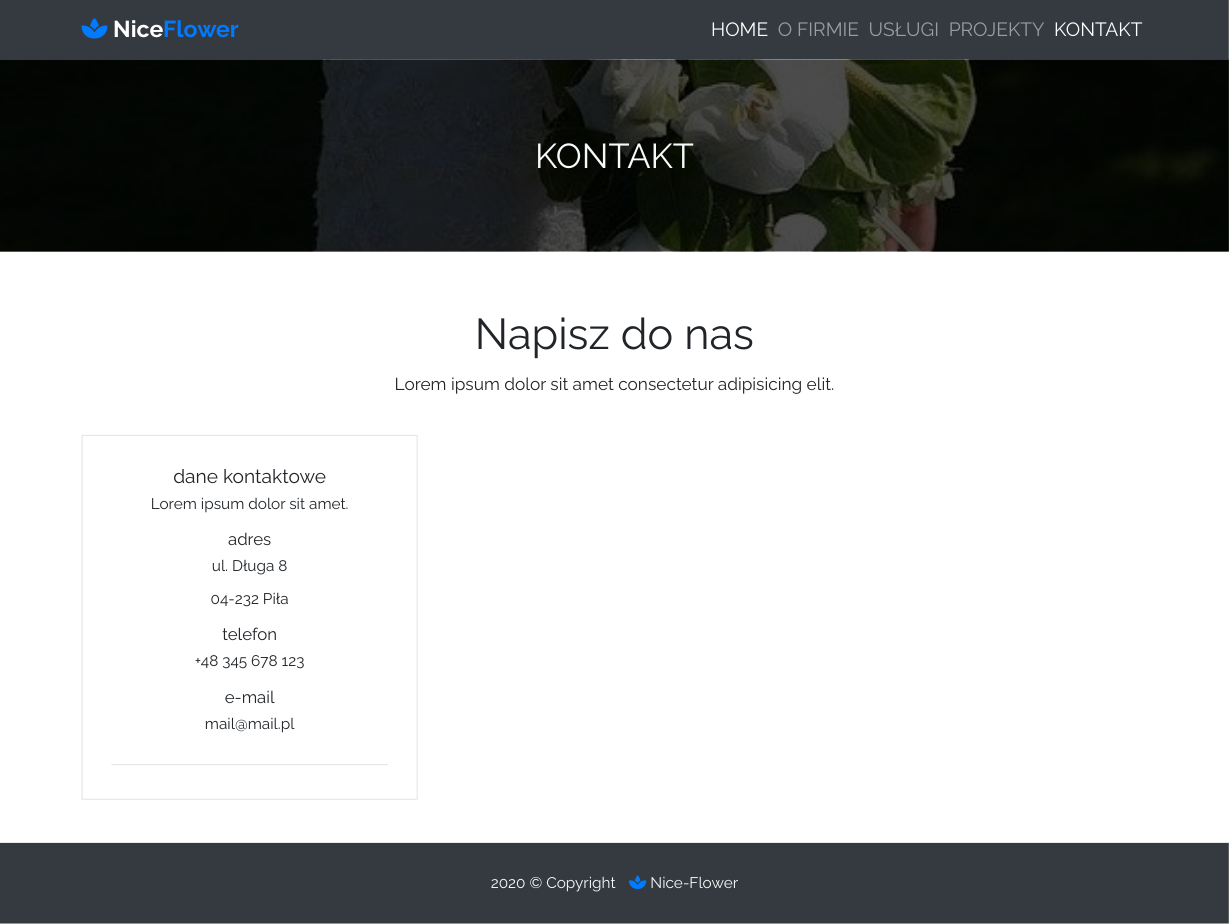
Repository: KrzysKolo/Projekt-13_Kwiaciarnia
Page: contact.html
An editor plug-in stored every save of this project. The page is shown before and after the next save, followed by the edit.
The browser window is 1280 px wide. The pictures show the whole page, at 96% of full size.
Some web libraries are served in a nearby version.

Above is the page before, as saved 2020-08-11 13:06:24.

### contact.html
<!DOCTYPE html>
<html lang="pl">
  <head>
    <meta charset="UTF-8" />
    <meta name="viewport" content="width=device-width, initial-scale=1.0" />
    <title>Nice-Flower</title>
    <script
      src="https://kit.fontawesome.com/21efeaf281.js"
      crossorigin="anonymous"
    ></script>

    <link
      rel="stylesheet"
      href="https://stackpath.bootstrapcdn.com/bootstrap/4.5.0/css/bootstrap.min.css"
      integrity="sha384-9aIt2nRpC12Uk9gS9baDl411NQApFmC26EwAOH8WgZl5MYYxFfc+NcPb1dKGj7Sk"
      crossorigin="anonymous"
    />
    <link
      href="https://fonts.googleapis.com/css2?family=Raleway:wght@400;700&display=swap"
      rel="stylesheet"
    />
    <link rel="stylesheet" href="style.css" />
  </head>
  <body>
    <nav class="navbar navbar-expand-lg navbar-dark bg-dark py-3">
      <div class="container">
        <a class="navbar-brand" href="index.html"
          ><i class="fas fa-spa text-primary"></i> Nice<span
            class="text-primary"
            >Flower</span
          ></a
        >
        <button
          class="navbar-toggler border-0"
          type="button"
          data-toggle="collapse"
          data-target="#navbarNavAltMarkup"
          aria-controls="navbarNavAltMarkup"
          aria-expanded="false"
          aria-label="Toggle navigation"
        >
          <i class="fas fa-bars px-4"></i>
        </button>
        <div class="collapse navbar-collapse" id="navbarNavAltMarkup">
          <div class="navbar-nav ml-auto">
            <a class="nav-link active" href="index.html">Home </a>
            <a class="nav-link" href="abouteus.html">O firmie</a>
            <a class="nav-link" href="services.html"> Usługi</a>
            <a class="nav-link" href="projects.html">Projekty</a>
            <a class="nav-link active" href="#"
              ><span class="sr-only">(current)</span>Kontakt</a
            >
          </div>
        </div>
      </div>
    </nav>

    <!-- MAIN -->
    <main>
      <section class="top-hero contact-hero">
        <div class="hero-shadow"></div>
        <p class="top-hero-text text-light">Kontakt</p>
      </section>
      <section class="contact py-5">
        <div class="container">
          <div class="text-center py-5">
            <p class="display-3">Napisz do nas</p>
            <p class="additional-text">
              Lorem ipsum dolor sit amet consectetur adipisicing elit.
            </p>
          </div>

          <div class="row">
            <div class="col-md-5 col-lg-4">
              <div class="border p-5 mb-4 text-center">
                <h2>dane kontaktowe</h2>
                <p>Lorem ipsum dolor sit amet.</p>
                <h3 class="mt-4">adres</h3>
                <p>ul. Długa 8</p>
                <p>04-232 Piła</p>
                <h3 class="mt-4">telefon</h3>
                <p>+48 345 678 123</p>
                <h3 class="mt-4">e-mail</h3>
                <p>mail@mail.pl</p>
                <div class="contact-logo mt-5 pt-4 mb-n3 border-top"></div>
              </div>
            </div>
            <div class="col-md-7 col-lg-8"></div>
          </div>
        </div>
      </section>
    </main>
    <footer class="bg-dark text-light">
      <p class="py-5 px-3 mb-0 text-center">
        2020 &copy; Copyright
        <i class="ml-3 fas fa-spa text-primary"></i> Nice-Flower
      </p>
    </footer>
    <script
      src="https://code.jquery.com/jquery-3.5.1.slim.min.js"
      integrity="sha384-DfXdz2htPH0lsSSs5nCTpuj/zy4C+OGpamoFVy38MVBnE+IbbVYUew+OrCXaRkfj"
      crossorigin="anonymous"
    ></script>
    <script
      src="https://cdn.jsdelivr.net/npm/popper.js@1.16.0/dist/umd/popper.min.js"
      integrity="sha384-Q6E9RHvbIyZFJoft+2mJbHaEWldlvI9IOYy5n3zV9zzTtmI3UksdQRVvoxMfooAo"
      crossorigin="anonymous"
    ></script>
    <script
      src="https://stackpath.bootstrapcdn.com/bootstrap/4.5.0/js/bootstrap.min.js"
      integrity="sha384-OgVRvuATP1z7JjHLkuOU7Xw704+h835Lr+6QL9UvYjZE3Ipu6Tp75j7Bh/kR0JKI"
      crossorigin="anonymous"
    ></script>
  </body>
</html>

### style.css
* {
  box-sizing: border-box;
  margin: 0;
  padding: 0;
}
html {
  font-size: 62.5%;
}
body {
  font-family: "Raleway", sans-serif;
  font-size: 1.6rem;
}
.hero-shadow {
  position: absolute;
  top: 0;
  width: 100%;
  height: 100%;
  background-color: rgba(0, 0, 0, 0.7);
  z-index: -1;
}
.additional-text {
  font-size: 1.8rem;
}
.top-hero {
  position: relative;
  height: 20rem;
  background-size: cover;
  z-index: 0;
}
.top-hero-text {
  display: flex;
  justify-content: center;
  align-items: center;
  height: 100%;
  font-size: 3.6rem;
  text-transform: uppercase;
}
/* ----------- */
/*  nawigacja  */
/* ----------- */
nav {
  font-size: 2rem;
  text-transform: uppercase;
}
.navbar-toggler {
  font-size: 3rem;
}
.navbar-brand {
  font-size: 2.4rem;
  font-weight: bold;
  text-transform: none;
}
/* ----------- */
/*    header   */
/* ----------- */
header {
  font-size: 2rem;
}
.carousel-item {
  position: relative;
  height: 400px;
  background-position: center;
  background-size: cover;
  z-index: 0;
}
.carousel-img-one {
  background-image: url("./img/b1m.jpg");
}
.carousel-img-two {
  background-image: url("./img/b2m.jpg");
}
.carousel-img-three {
  background-image: url("./img/b4m.jpg");
}
/* ----------- */
/*     main    */
/* ----------- */
.home-boxes {
  padding: 5rem 0;
}
.home-box i {
  font-size: 4rem;
}
.home-box h3 {
  font-size: 2.6rem;
}
/* ----------- */
.home-passion {
  position: relative;
  height: 350px;
  background-image: url("./img/b8m.jpg");
  background-position: center;
  background-size: cover;
  z-index: 0;
}
/* ----------- */
.home-brand h3 {
  font-size: 3rem;
  font-weight: bold;
}
/* ----------- */
/*   aboutus   */
/* ----------- */
.aboutus-hero {
  background-image: url("./img/obrazek1.jpg");
  background-position: bottom;
}
/* ----------- */
.aboutus-top .display-3 {
  text-transform: uppercase;
}
/* ----------- */
.aboutus-info {
  background-color: rgba(0, 0, 0, 0.3);
}
.aboutus-info .container {
  padding: 2em 0.5em;
}
.aboutus-text {
  padding: 1.8rem;
}
.aboutus-text h3 {
  margin-bottom: 0.5em;
  font-size: 2.6rem;
  text-transform: uppercase;
  font-weight: bold;
  text-decoration: underline #007bff;
}
.abouts-text-right {
  text-align: right;
}
.aboutus-img {
  height: 300px;
  background-image: url("./img/b5m.jpg");
  background-position: center;
  background-size: cover;
}
/* ----------- */
.aboutus-bottom i {
  font-size: 3rem;
}
.aboutus-bottom h3 {
  font-size: 2.2rem;
  font-weight: bold;
}
/* ----------- */
/*    usługi   */
/* ----------- */
.service-hero {
  background-image: url("./img/pm.jpg");
  background-position: 0 50%;
}
/* ----------- */
.service-hero-box {
  position: relative;
  height: 300px;
  background-size: cover;
  z-index: 0;
}
.service-hero-box p {
  display: flex;
  justify-content: center;
  align-items: center;
  font-size: 3rem;
  text-transform: uppercase;
}
.service-pricing .box-one {
  background-image: url("./img/b2m.jpg");
}
.service-pricing .box-two {
  background-image: url("./img/bsm.jpg");
}
.service-pricing .box-three {
  background-image: url("./img/wm.jpg");
}
.service-pricing .box-four {
  background-image: url("./img/rdm.jpg");
}
.service-pricing .card-header {
  font-size: 2rem;
  cursor: pointer;
}
.service-pricing h3 {
  font-weight: bold;
}
.service-pricing .btn {
  font-size: 1.6rem;
  text-transform: uppercase;
}
/* ----------- */
/*   projekty  */
/* ----------- */
.projects-hero {
  background-image: url("./img/b3m.jpg");
  background-position: center;
}
.projects img {
  height: 240px;
  object-fit: cover;
}
.projects .btn {
  font-size: 1.4rem;
  text-transform: uppercase;
}
/* ----------- */
/*    kontakt  */
/* ----------- */
.contact-hero {
  background-image: url("./img/obrazek2.jpg");
  background-position: center;
}
/* ----------- */
/*    footer   */
/* ----------- */
footer {
  font-size: 1.6rem;
}
@media (min-width: 992px) {
  .aboutus-info .container {
    padding: 0;
  }
  .aboutus-shadow {
    box-shadow: inset 0 5px 10px -5px rgba(0, 0, 0, 0.4);
  }
  .aboutus-text {
    padding: 5em 0;
    transform: skew(-15deg);
  }
  .abouts-text-left {
    padding-right: 2em;
    text-align: right;
  }
  .abouts-text-right {
    padding-left: 2em;
    text-align: left;
  }
  .aboutus-img {
    height: auto;
    transform: skew(-15deg);
  }
}
@media (min-width: 1400px) {
  .carousel-item {
    height: 600px;
  }
  .carousel-img-one {
    background-image: url("./img/b1.jpg");
  }
  .carousel-img-two {
    background-image: url("./img/b2.jpg");
  }
  .carousel-img-three {
    background-image: url("./img/b4.jpg");
  }
}

After the next save:
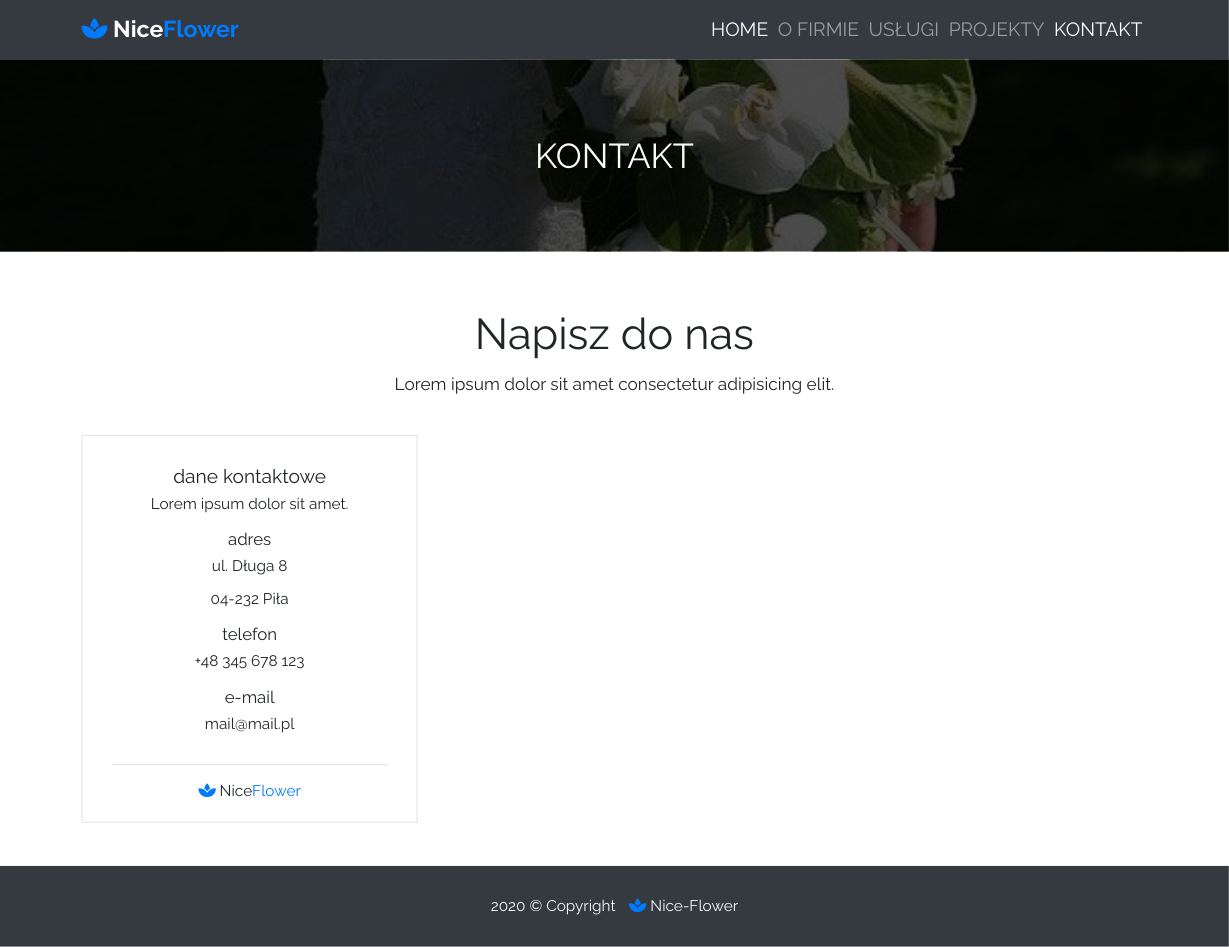
Saved 17 min 53 s later.
--- a/contact.html
+++ b/contact.html
@@ -82,7 +82,12 @@
                 <p>+48 345 678 123</p>
                 <h3 class="mt-4">e-mail</h3>
                 <p>mail@mail.pl</p>
-                <div class="contact-logo mt-5 pt-4 mb-n3 border-top"></div>
+                <div class="contact-logo mt-5 pt-4 mb-n3 border-top">
+                  <i class="fas fa-spa text-primary"></i> Nice<span
+                    class="text-primary"
+                    >Flower</span
+                  >
+                </div>
               </div>
             </div>
             <div class="col-md-7 col-lg-8"></div>
